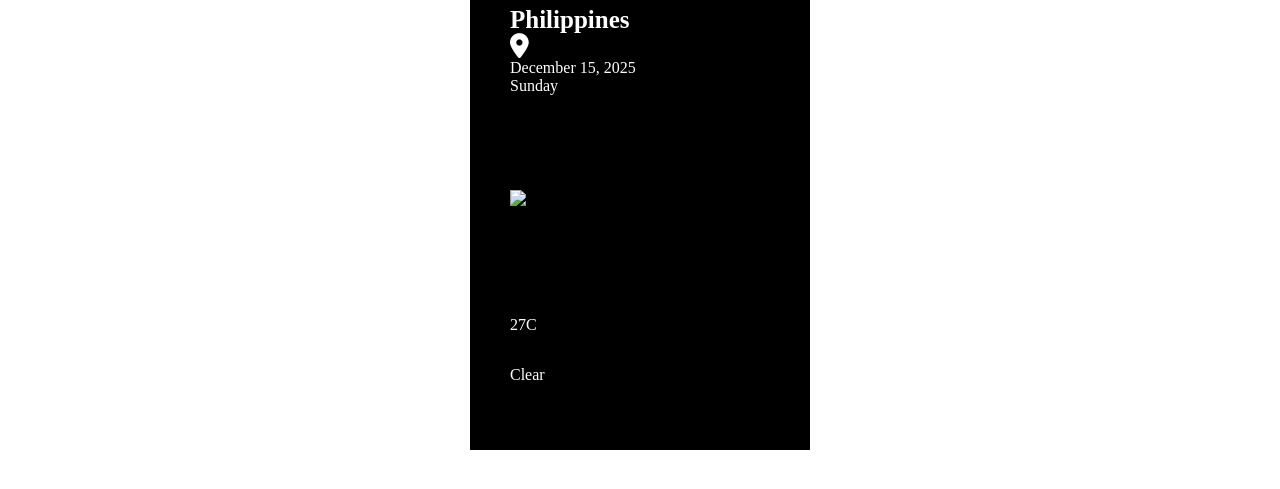
Repository: dmpelaez/weatherApp
Page: WeatherApp.html
These files come from the project's save history. The page is drawn as it stood at one moment and after the next save; the edit follows.
The browser window is 1280 px wide. The pictures show the whole page.
The page's requests for data from a server got no answer.

Above is the page before, as saved 2025-12-14 12:22:58.

After the next save:
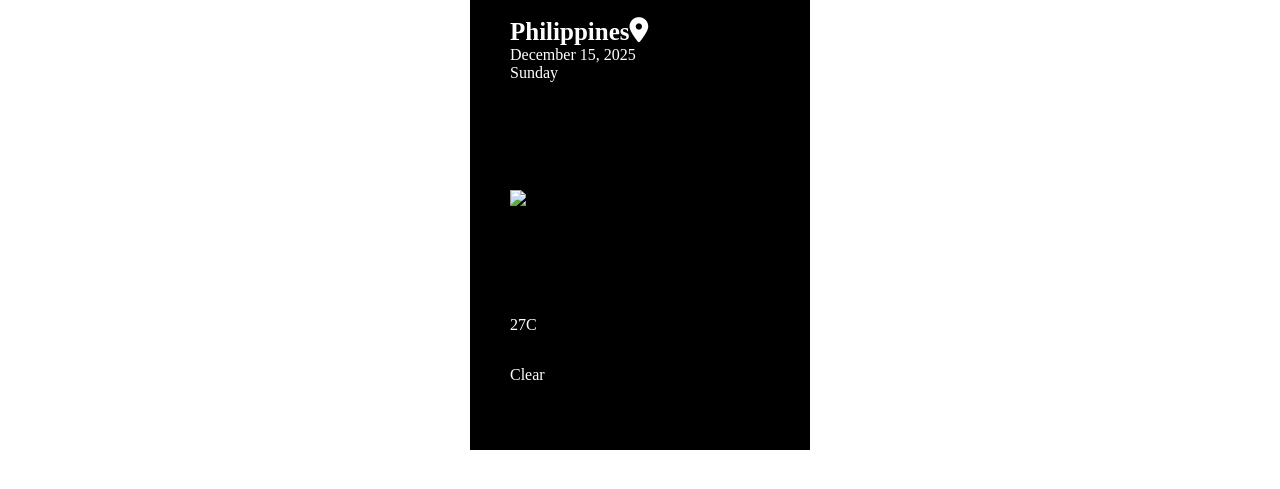
Saved 12 s later.
--- a/WeatherApp.css
+++ b/WeatherApp.css
@@ -35,7 +35,7 @@ display: flex;
   display: flex;
   font-weight: bold;
   font-size: 25px;
-  flex-direction: column-reverse;
+  flex-direction: row-reverse;
 }
 .country-name i {
   color: rgb(255, 255, 255);
